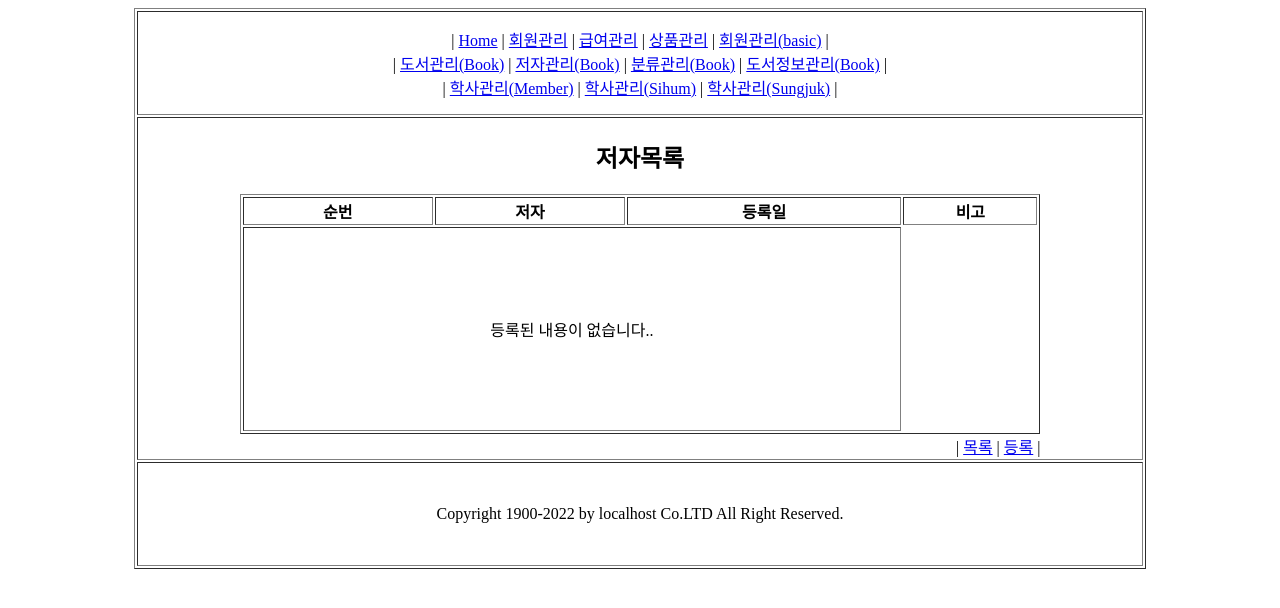
Repository: Mildous/HKIT-BackendClass
Page: http://localhost/jspTest/haksaMember/list.jsp
The author's editor kept a copy of each file at every save. The page is drawn from the files as they stood at one save, then again after the next save.
The browser window is 1280 px wide. The pictures show the whole page.
The page is served by Tomcat 9. Other server files are loaded and not shown. Queries for data that is not in the repository find no rows.

Above is the page before, as saved 2022-08-17 01:45:53.

### workspace/jsp/jspTest/WebContent/haksaMember/list.jsp
<%@ page language="java" contentType="text/html; charset=UTF-8"
    pageEncoding="UTF-8"%>
<!DOCTYPE html>
<html>
<head>
<meta charset="UTF-8">
<title>학사정보(Member)</title>
</head>
<body>

<table border="1" width="80%" align="center">
	<tr>
		<td height="100px;" align="center">
			<jsp:include page="../include/inc_menu.jsp" flush="true" />
		</td>
	</tr>
	<tr>
		<td height="300px;" align="center">
			<jsp:include page="list_sub.jsp" flush="true" />
		</td>
	</tr>
	<tr>
		<td height="100px;" align="center">
			<jsp:include page="../include/inc_bottom.jsp" flush="true" />
		</td>
	</tr>
</table>

</body>
</html>

### workspace/jsp/jspTest/WebContent/include/inc_menu.jsp
<%@ page language="java" contentType="text/html; charset=UTF-8"
    pageEncoding="UTF-8"%>
<!DOCTYPE html>
<html>
<head>
<meta charset="UTF-8">
<title>Insert title here</title>
</head>
<body>
	|
	<a href="/jspTest">Home</a>
	|
	<a href="../member/list.jsp">회원관리</a>
	|
	<a href="#">급여관리</a>
	|
	<a href="../product/list.jsp">상품관리</a>
	|
	<a href="../memberBasic/list.jsp">회원관리(basic)</a>
	|

	<br>

	|
	<a href="../Book/list.jsp">도서관리(Book)</a>
	|
	<a href="../BookAuthor/list.jsp">저자관리(Book)</a>
	|
	<a href="../BookProfile/list.jsp">분류관리(Book)</a>
	|
	<a href="../BookInfo/list.jsp">도서정보관리(Book)</a>
	|

	<br>

	|
	<a href="../haksaMember/list.jsp">학사관리(Member)</a>
	|
	<a href="../haksaSihum/list.jsp">학사관리(Sihum)</a>
	|
	<a href="../haksaSungjuk/list.jsp">학사관리(Sungjuk)</a>
	|
</body>
</html>

### workspace/jsp/jspTest/WebContent/haksaMember/list_sub.jsp
<%@page import="java.util.ArrayList"%>
<%@page import="bookAuthor.model.dto.BookAuthorDTO"%>
<%@page import="bookAuthor.model.dao.BookAuthorDAO"%>
<%@ page language="java" contentType="text/html; charset=UTF-8"
    pageEncoding="UTF-8"%>
<%
	BookAuthorDAO dao = new BookAuthorDAO();
	ArrayList<BookAuthorDTO> list = dao.getSelectAll();

	int totalRecord = list.size();
%>

<h2>저자목록</h2>

<table border="1" width="80%" align="center">
	<tr>
		<th>순번</th>
		<th>저자</th>
		<th>등록일</th>
		<th>비고</th>
	</tr>
	<% if(totalRecord == 0) { %>
	<tr>
		<td colspan="3" height="200px" align="center">등록된 내용이 없습니다..</td>
	</tr>
	<% } %>
	<%
	int num = totalRecord;
	for(int i=0; i<list.size(); i++) {
		BookAuthorDTO dto = list.get(i);
	%>
	<tr>
		<td><%= num %></td>
		<td><%= dto.getAuthor() %></td>
		<td><%= dto.getRegiDate() %></td>
		<td align="center">
			<a href="#" onClick="move('edit.jsp', '<%= dto.getAuthorNo() %>');">[수정]</a>
			&nbsp;
			<a href="#" onClick="move('delete.jsp', '<%= dto.getAuthorNo() %>');">[삭제]</a>
		</td>
	</tr>
	<%
			num--;
		}
	%>
</table>
<div style="width: 80%; margin: 10px, 0;" align="right">
	|
	<a href="#" onClick="move('list.jsp', '');">목록</a>
	|
	<a href="#" onClick="move('insert.jsp', '');">등록</a>
	|
</div>

<script>
function move(value1, value2) {
	location.href = value1 + '?authorNo=' + value2;
}
</script>

### workspace/jsp/jspTest/WebContent/include/inc_bottom.jsp
<%@ page language="java" contentType="text/html; charset=UTF-8"
    pageEncoding="UTF-8"%>
<!DOCTYPE html>
<html>
<head>
<meta charset="UTF-8">
<title>Insert title here</title>
</head>
<body>
	Copyright 1900-2022 by localhost Co.LTD All Right Reserved.
</body>
</html>

### workspace/jsp/jspTest/src/bookAuthor/model/dao/BookAuthorDAO.java
package bookAuthor.model.dao;

import java.sql.Connection;
import java.sql.PreparedStatement;
import java.sql.ResultSet;
import java.util.ArrayList;

import bookAuthor.model.dto.BookAuthorDTO;
import config.DB;

public class BookAuthorDAO {

	Connection conn = null;
	PreparedStatement pstmt = null;
	ResultSet rs = null;
	String tableName_1 = "bookAuthor";

	public ArrayList<BookAuthorDTO> getSelectAll() {
		ArrayList<BookAuthorDTO> list = new ArrayList<BookAuthorDTO>();
		conn = DB.dbConn();
		try {
			String sql = "select * from " + tableName_1 + " order by authorNo desc";
			pstmt = conn.prepareStatement(sql);
			rs = pstmt.executeQuery();
			while(rs.next()) {
				BookAuthorDTO resultDto = new BookAuthorDTO();
				resultDto.setAuthorNo(rs.getInt("authorNo"));
				resultDto.setAuthor(rs.getString("author"));
				resultDto.setRegiDate(rs.getDate("regiDate"));
				list.add(resultDto);
			}
		} catch(Exception e) {
			//e.printStackTrace();
		} finally {
			DB.dbConnClose(rs, pstmt, conn);
		}
		return list;
	}

	public BookAuthorDTO getSelectOne(BookAuthorDTO paramDto) {
		BookAuthorDTO resultDto = new BookAuthorDTO();
		conn = DB.dbConn();
		try {
			String sql = "select * from " + tableName_1 + " where authorNo = ?";
			pstmt = conn.prepareStatement(sql);
			pstmt.setInt(1, paramDto.getAuthorNo());
			rs = pstmt.executeQuery();
			if(rs.next()) {
				resultDto.setAuthorNo(rs.getInt("authorNo"));
				resultDto.setAuthor(rs.getString("author"));
				resultDto.setRegiDate(rs.getDate("regiDate"));
			}
		} catch(Exception e) {
			//e.printStackTrace();
		} finally {
			DB.dbConnClose(rs, pstmt, conn);
		}
		return resultDto;
	}

	public int setInsert(BookAuthorDTO paramDto) {
		int result = 0;
		conn = DB.dbConn();
		try {
			String sql = "insert into " + tableName_1 + " values(seq_bookAuthor.nextval, ?, sysdate)";
			pstmt = conn.prepareStatement(sql);
			pstmt.setString(1, paramDto.getAuthor());
			result = pstmt.executeUpdate();
		} catch(Exception e) {
			//e.printStackTrace();
		} finally {
			DB.dbConnClose(rs, pstmt, conn);
		}
		return result;
	}

	public int setUpdate(BookAuthorDTO paramDto) {
		int result = 0;
		conn = DB.dbConn();
		try {
			String sql = "update " + tableName_1 + " set author = ? where authorNo = ?";
			pstmt = conn.prepareStatement(sql);
			pstmt.setString(1, paramDto.getAuthor());
			pstmt.setInt(2, paramDto.getAuthorNo());
			result = pstmt.executeUpdate();
		} catch(Exception e) {
			//e.printStackTrace();
		} finally {
			DB.dbConnClose(rs, pstmt, conn);
		}
		return result;
	}

	public int setDelete(BookAuthorDTO paramDto) {
		int result = 0;
		conn = DB.dbConn();
		try {
			String sql = "delete from " + tableName_1 + " where authorNo = ?";
			pstmt = conn.prepareStatement(sql);
			pstmt.setInt(1, paramDto.getAuthorNo());
			result = pstmt.executeUpdate();
		} catch(Exception e) {
			//e.printStackTrace();
		} finally {
			DB.dbConnClose(rs, pstmt, conn);
		}
		return result;
	}
}

### workspace/jsp/jspTest/src/config/DB.java
package config;

import java.sql.Connection;
import java.sql.DriverManager;
import java.sql.PreparedStatement;
import java.sql.ResultSet;

public class DB {
	public static Connection dbConn() {
		String dbDriver = "oracle.jdbc.driver.OracleDriver";
		String dbUrl = "jdbc:oracle:thin:@localhost:1521/xe";
		String dbId = "jspTest";
		String dbPasswd = "1234";

		Connection conn = null;

		try {
			Class.forName(dbDriver);
		} catch(Exception e) {
			//e.printStackTrace();
			System.out.println("-- 오라클 드라이버 오류 --");
		}

		try {
			conn = DriverManager.getConnection(dbUrl, dbId, dbPasswd);
		} catch(Exception e) {
			//e.printStackTrace();
			System.out.println("-- 오라클 접속 오류 --");
		}
		return conn;
	}

	public static void dbConnClose(ResultSet rs, PreparedStatement pstmt, Connection conn) {

		try {
			if(rs != null) { rs.close(); }
		} catch(Exception e) {
			//e.printStackTrace();
		}

		try {
			if(pstmt != null) { pstmt.close(); }
		} catch(Exception e) {
			//e.printStackTrace();
		}

		try {
			if(conn != null) { conn.close(); }
		} catch(Exception e) {
			//e.printStackTrace();
		}
	}
}

After the next save:
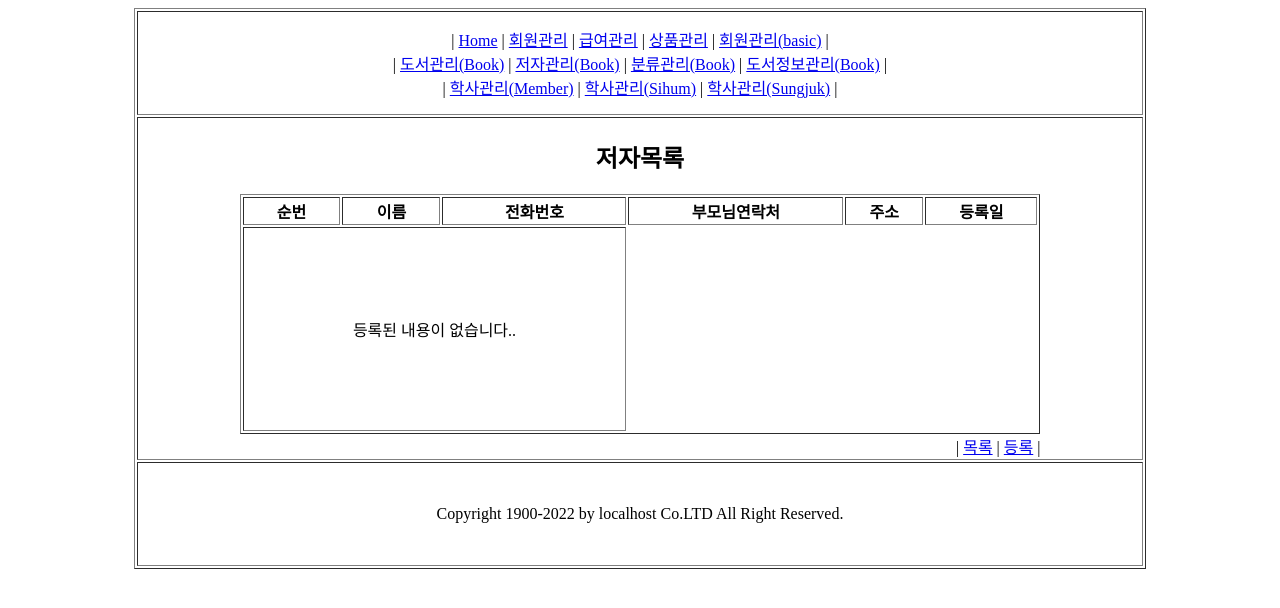
Saved 22 min 10 s later.
--- a/workspace/jsp/jspTest/WebContent/haksaMember/list_sub.jsp
+++ b/workspace/jsp/jspTest/WebContent/haksaMember/list_sub.jsp
@@ -15,9 +15,11 @@
 <table border="1" width="80%" align="center">
 	<tr>
 		<th>순번</th>
-		<th>저자</th>
+		<th>이름</th>
+		<th>전화번호</th>
+		<th>부모님연락처</th>
+		<th>주소</th>
 		<th>등록일</th>
-		<th>비고</th>
 	</tr>
 	<% if(totalRecord == 0) { %>
 	<tr>
